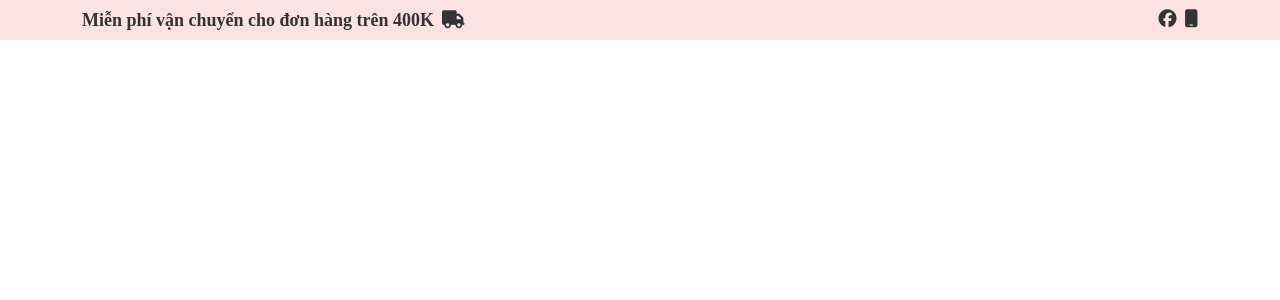
Repository: hoang28092000/kim-store
Page: index.html
The author's editor kept a copy of each file at every save. The page is drawn from the files as they stood at one save, then again after the next save.
The browser window is 1280 px wide. The pictures show the whole page.
Some web libraries are served in a nearby version.

Above is the page before, as saved 2024-10-31 21:32:41.

After the next save:
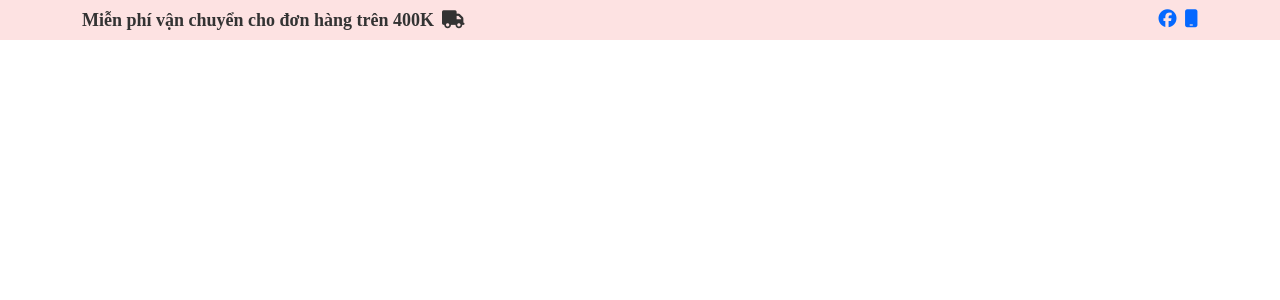
Saved 46 s later.
--- a/asset/style.css
+++ b/asset/style.css
@@ -31,5 +31,5 @@
     color: #333;
 }
 .top_header .icon_fb , .icon_mobie{
-    color: ;
+    color: #0468ff;
 }
